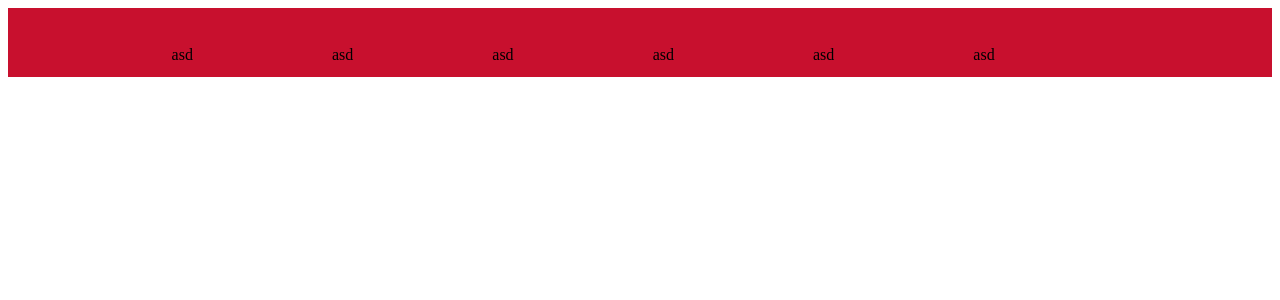
Repository: Cornman63/The-netherlands
Page: index.html
These files come from the project's save history. The page is drawn as it stood at one moment and after the next save; the edit follows.
The browser window is 1280 px wide. The pictures show the whole page.

Above is the page before, as saved 2023-05-16 10:41:42.

### index.html
<!DOCTYPE html>
<html lang="en">
<head>
    <meta charset="UTF-8">
    <meta http-equiv="X-UA-Compatible" content="IE=edge">
    <meta name="viewport" content="width=device-width, initial-scale=1.0">
    <link rel="stylesheet" href="style.css">
    <title>Visit the Netherlands</title>

</head>
<body>
    <div class="top">
        <div class="site">asd</div>
        <div class="site">asd</div>
        <div class="site">asd</div>
        <div class="site">asd</div>
        <div class="site">asd</div>
        <div class="site">asd</div>
    </div>
</body>
</html>

### style.css
.top {
    display: flex;
    flex-direction: row;
    justify-content: center;
    align-content:center;
    background-color:#C8102E
}
.site {
    display: flex;
    border: 1%;
    margin: 1%;
    margin-top: 3%;
    margin-right: 10%;
    align-content: center;
    background-color: ;
}

After the next save:
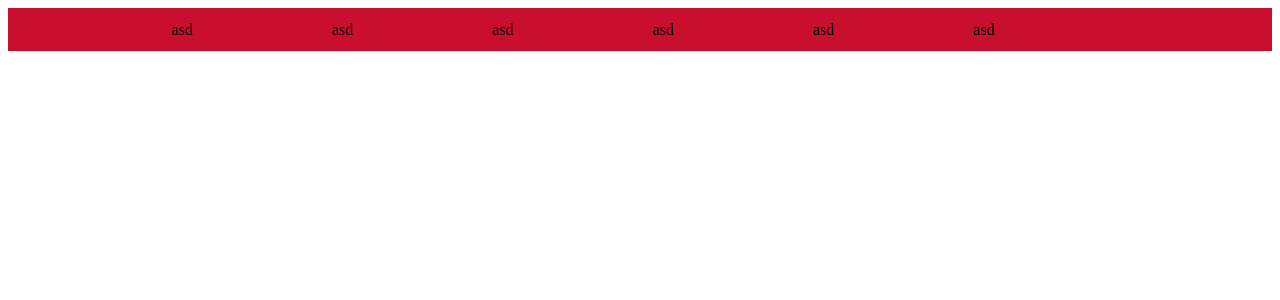
Saved 6 s later.
--- a/style.css
+++ b/style.css
@@ -9,7 +9,6 @@
     display: flex;
     border: 1%;
     margin: 1%;
-    margin-top: 3%;
     margin-right: 10%;
     align-content: center;
     background-color: ;
